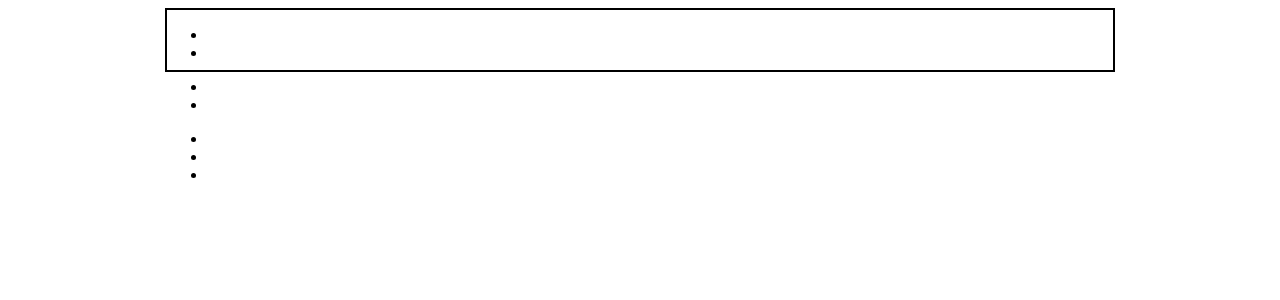
Repository: jacoporm1989/studioFlexbox
Page: FLEXBOX/Header+Navbar2/index.html
The author's editor kept a copy of each file at every save. The page is drawn from the files as they stood at one save, then again after the next save.
The browser window is 1280 px wide. The pictures show the whole page.

Above is the page before, as saved 2026-06-10 16:38:52.

After the next save:
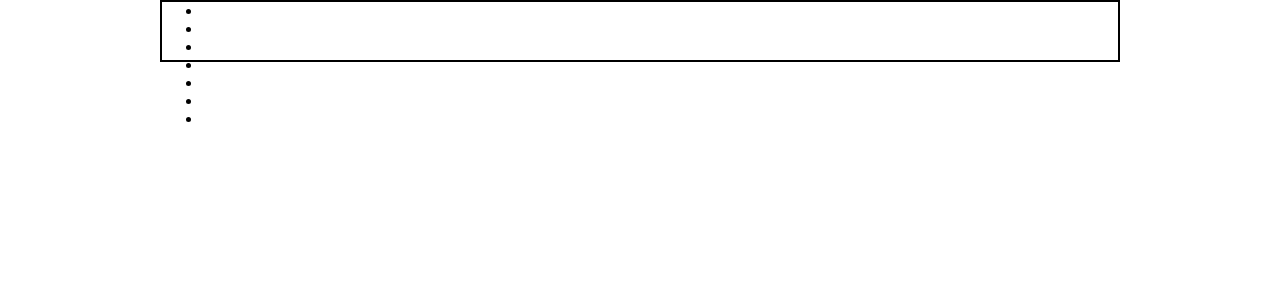
Saved 14 s later.
--- a/FLEXBOX/Header+Navbar2/style.css
+++ b/FLEXBOX/Header+Navbar2/style.css
@@ -1,3 +1,8 @@
+*{
+    box-sizing: border-box;
+    margin:0;
+}
+
 
 .container{
     border:1px solid black;
